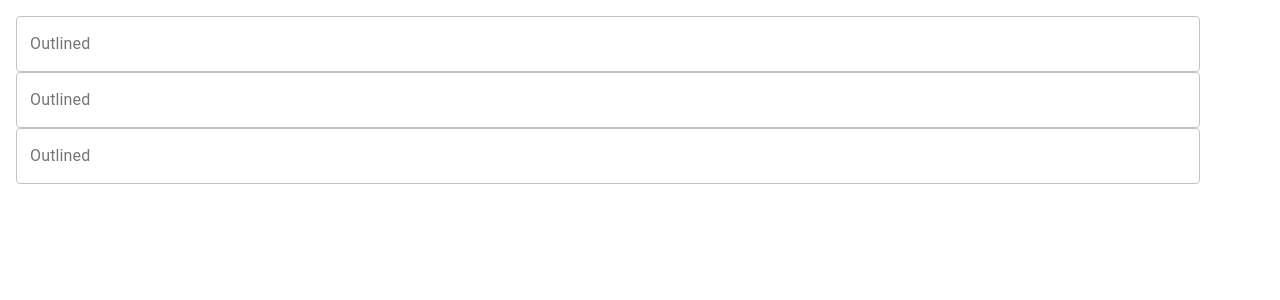
Repository: chathuraedirisingh/rr
Page: /
These files come from the project's save history. The page is drawn as it stood at one moment and after the next save; the edit follows.
The browser window is 1280 px wide. The pictures show the whole page.
The project was rebuilt for these pictures with package versions that can differ from the ones it lists, and the page was loaded fresh each time.

Above is the page before, as saved 2019-12-17 23:08:08.

After the next save:
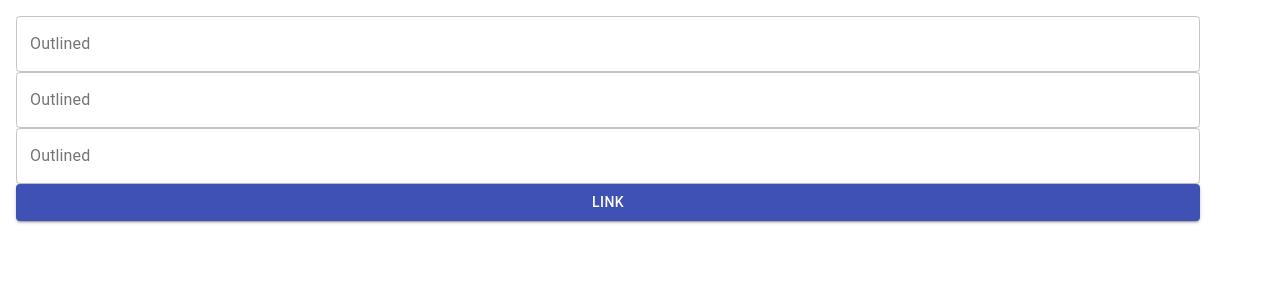
Saved 2 min 55 s later.
--- a/src/components/FormPersonalDetails.js
+++ b/src/components/FormPersonalDetails.js
@@ -1,7 +1,7 @@
 import React, { Component } from 'react'
 import { makeStyles, ThemeProvider } from '@material-ui/core/styles';
 import TextField from '@material-ui/core/TextField';
-import { Box } from '@material-ui/core';
+import { Box, Button } from '@material-ui/core';
 
 export default class FormPersonalDetails extends Component {
     continue = e => {
@@ -13,7 +13,7 @@ export default class FormPersonalDetails extends Component {
         return (
             <ThemeProvider>
                 <React.Fragment>
-                    <div style={{ width: '95%'}}>
+                    <div style={{ width: '95%' }}>
                         <Box display="flex"
                             flexDirection="column"
                             p={1} m={1}
@@ -42,6 +42,9 @@ export default class FormPersonalDetails extends Component {
                                 floatingLabelText="First Name"
                                 onChange={handleChange('firstname')}
                                 defaultValue={values.firstname} />
+                            <Button variant="contained" color="primary" href="#contained-buttons">
+                                Link
+</Button>
 
                         </Box>
 
